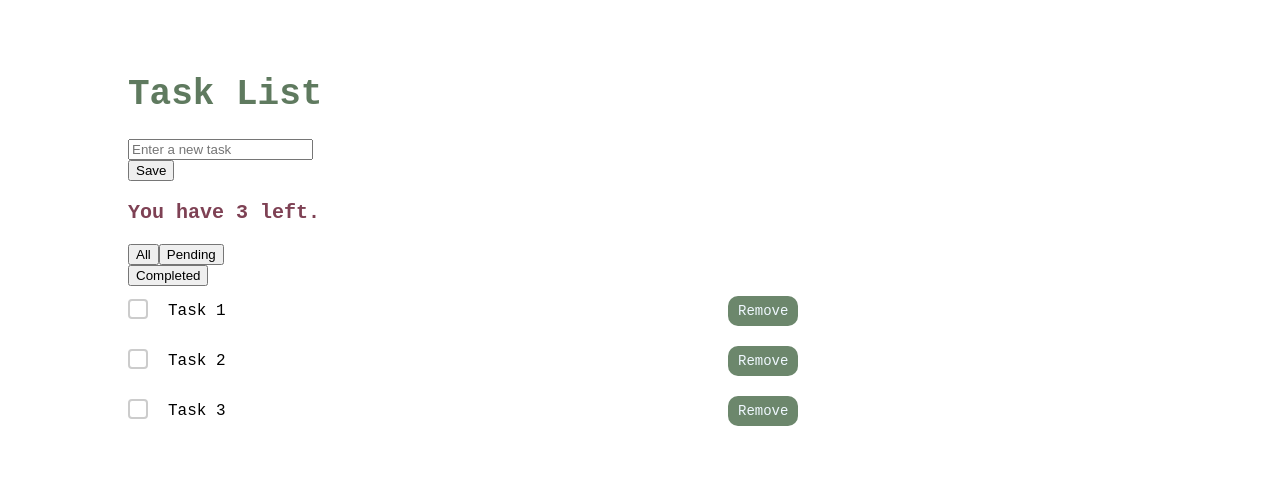
Repository: SandyLy453/task-list
Page: /
These files come from the project's save history. The page is drawn as it stood at one moment and after the next save; the edit follows.
The browser window is 1280 px wide. The pictures show the whole page.
The project was rebuilt for these pictures with package versions that can differ from the ones it lists, and the page was loaded fresh each time. Also part of the build but not shown: vite.config.js.

Above is the page before, as saved 2024-10-25 18:22:57.

### src/App.jsx
import { useState } from 'react';
import Task from './components/Task';
import TaskForm from './components/TaskForm';

function App() {
  const [tasks, setTasks] = useState([
    { name: 'Task 1', checked: false },
    { name: 'Task 2', checked: false },
    { name: 'Task 3', checked: false }
  ]);
  const [filter, setFilter] = useState('all');

  // Function to calculate the number of unchecked tasks
  const getUncheckedCount = () => {
    return tasks.filter((task) => !task.checked).length;
  };

  // Function to add a new task
  const addTask = (taskName) => {
    setTasks([...tasks, { name: taskName, checked: false }]); // New tasks are unchecked by default
  };

  // Function to remove a task
  const removeTask = (taskName) => {
    setTasks(tasks.filter((task) => task.name !== taskName));
  };

  // Function to toggle the task status
  const toggleTaskStatus = (taskName) => {
    const updatedTasks = tasks.map((task) =>
      task.name === taskName ? { ...task, checked: !task.checked } : task
    );
    setTasks(updatedTasks); // Update the task's checked status in the parent state
  };

  const filteredTasks = tasks.filter((task) => {
    if (filter === 'completed') return task.checked;
    if (filter === 'pending') return !task.checked;
    return true; // 'all' filter
  });

  return (
    <>
      <div className="container">
        <h1 className="title">Task List</h1>
        <TaskForm addTask={addTask} />
        <p className="note">You have {getUncheckedCount()} left.</p>
        <div className="filter">
          <button
            onClick={() => setFilter('all')}
            className="filter-btn"
          >
            All
          </button>
          <button
            onClick={() => setFilter('pending')}
            className="filter-btn"
          >
            Pending
          </button>
          <button
            onClick={() => setFilter('completed')}
            className="filter-btn"
          >
            Completed
          </button>
        </div>
        <div>
          {filteredTasks.map((task) => (
            <Task
              key={task.name}
              name={task.name}
              checked={task.checked}
              toggleTaskStatus={toggleTaskStatus}
              removeTask={removeTask}
            />
          ))}
        </div>
      </div>
    </>
  );
}

export default App;

### src/index.css
.container {
  padding: 20px;
  margin: 30px 100px;
}

.title {
  font-family: monospace;
  font-size: 36px;
  color: rgb(95, 122, 95);
  font-weight: 900;
}

.note {
  font-family: monospace;
  font-size: 20px;
  color: rgb(126, 65, 84);
  font-weight: 600;
}

.inputBox {
  padding: 10px 0 10px 0;
}

.input {
  height: 20px;
  width: 400px;
  padding: 10px;
  font-size: 16px;
  font-family: monospace;
  margin: 20px 20px 20px 0;
  border-radius: 10px;
  border: 1px solid gray;
}

.filter {
  width: 100px;
}

.sm-btn{
  height: 40px;
  padding: 10px;
  font-size: 16px;
  font-family: monospace;
  background-color: rgb(108, 135, 108);
  color: aliceblue;
  border: none;
  border-radius: 10px;
}

.sm-btn:hover {
  background-color: rgb(84, 103, 84);
}

.task {
  display: flex;
  flex-direction: row;
  align-items: center;
  gap: 20px;
}

.checkBox {
  width: 20px;
  height: 20px;
  appearance: none;
  background-color: white;
  border: 2px solid #ccc;
  border-radius: 4px;
  cursor: pointer;
  position: relative;
  margin: 6px 0;
}

.checkBox:checked {
  background-color: rgb(108, 135, 108);
}

.checkBox:checked::after {
  content: "";
  display: block;
  width: 4px;
  height: 10px;
  border: solid white;
  border-width: 0 2px 2px 0;
  transform: rotate(45deg);
  position: absolute;
  top: 0px;
  left: 5px;
}

.content {
  width: 540px;
  display: flex;
  word-wrap: normal;
  font-family: monospace;
  font-size: 16px;
}

.task-delete {
  height: 30px;
  padding: 10px;
  align-items: center;
  align-self: center;
  display: flex;
  justify-content: center;
  font-size: 14px;
  font-family: monospace;
  background-color: rgb(108, 135, 108);
  color: aliceblue;
  border: none;
  border-radius: 10px;
}

.task-delete:hover {
  background-color: rgb(84, 103, 84);
}

### src/components/Task.jsx
import { useEffect } from "react";

export default function Task({ name, checked, removeTask, toggleTaskStatus }) {
  useEffect(() => {}, [checked]);

  return (
    <>
      <div className="task">
        <label>
          <input
            type="checkbox"
            className="checkBox"
            checked={checked}
            disabled={checked} // Disable if task is completed
            onChange={() => toggleTaskStatus(name)}
          />
        </label>
        <p
          className="content"
          style={{ textDecoration: checked ? "line-through" : "none" }}
        >
          {name}
        </p>
        <button className="task-delete" onClick={() => removeTask(name)}>
          Remove
        </button>
      </div>
    </>
  );
}

### src/components/TaskForm.jsx
import { useState } from "react";

// const taskTemplate = {
//     name: 'new task'
// };

export default function TaskForm({addTask}) {
    const [taskName, setTaskName] = useState('');

    // form submission
    const handleSubmit = (e) => {
        e.preventDefault(); // the form submission will be handled by JavaScript instead of triggering a page refresh
        if (taskName.trim()) { // checks if the taskName (the text the user entered) is not an empty string after trimming whitespace
            addTask( taskName );
            setTaskName(''); // clear the input field
        }
    }

    return (
        <>
            <form onSubmit={handleSubmit}>
                <div className="formContainer">
                    <input
                        id="task-name"
                        type="text"
                        value={taskName}
                        onChange={(e) => setTaskName(e.target.value)}
                        placeholder="Enter a new task"
                    />
                    <div className="btn-group">
                        <button type="submit" className="btn-save">Save</button>
                    </div>
                </div>
            </form>
        </>
    )
}

Loaded but not shown: index.html (common file); src/main.jsx (common file)

After the next save:
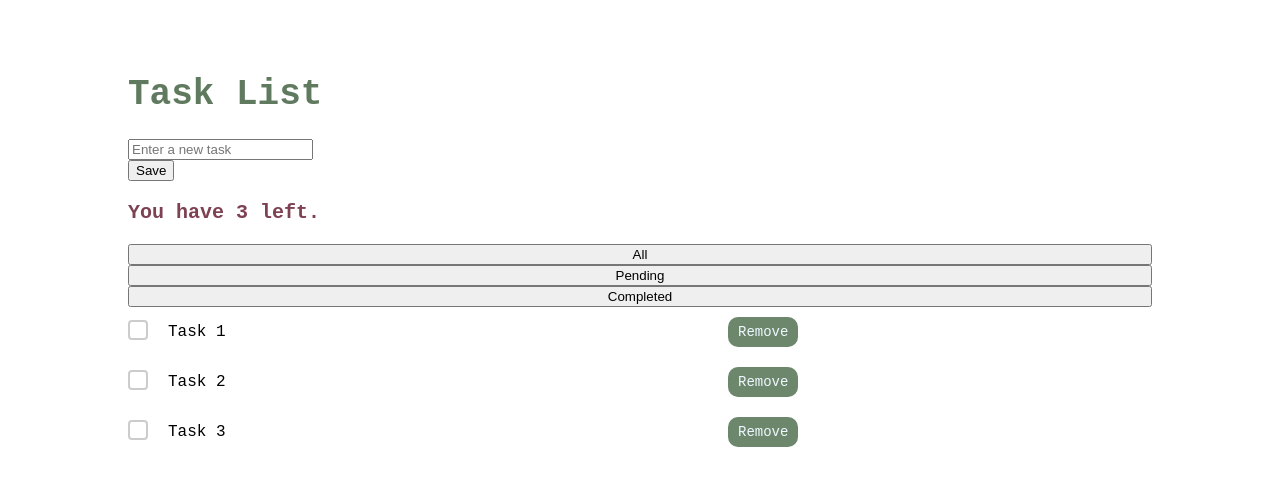
Saved 17 s later.
--- a/src/index.css
+++ b/src/index.css
@@ -33,7 +33,8 @@
 }
 
 .filter {
-  width: 100px;
+  display: flex;
+  flex-direction: column;
 }
 
 .sm-btn{
